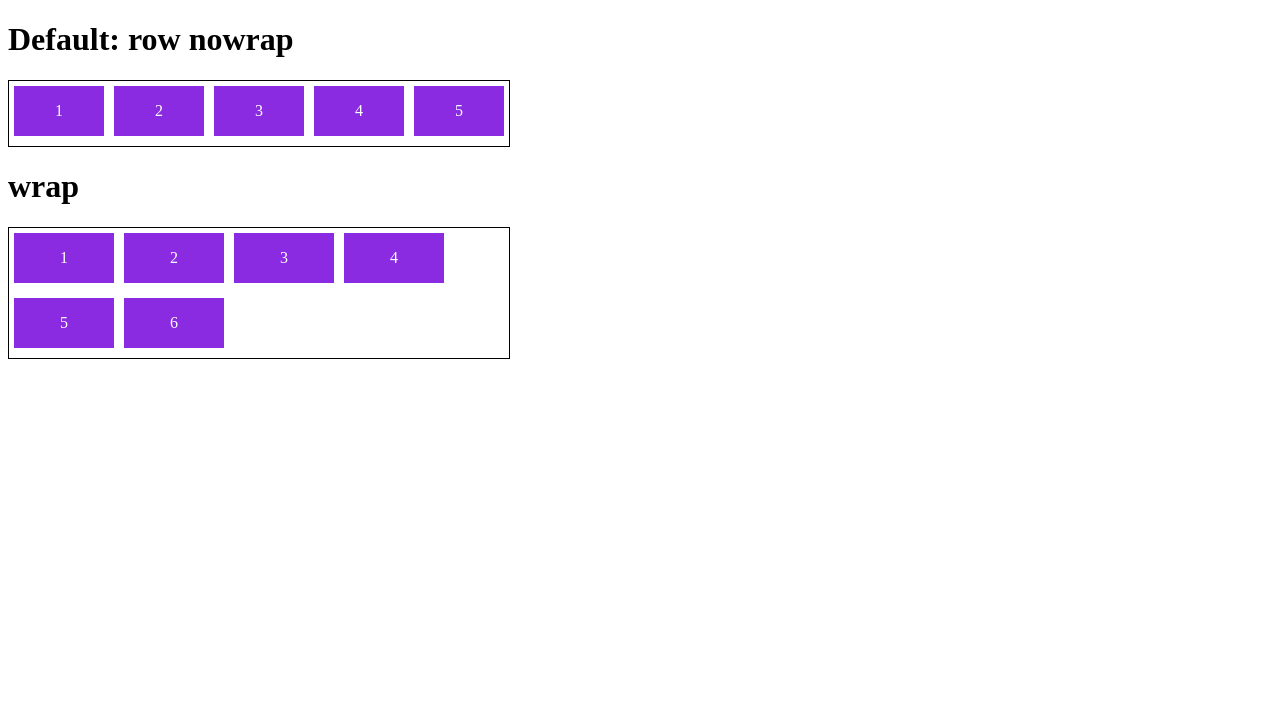
Repository: gabrielbino/projects-dio
Page: Flexbox/@flex-flow.html
These files come from the project's save history. The page is drawn as it stood at one moment and after the next save; the edit follows.
The browser window is 1280 px wide. The pictures show the whole page.

Above is the page before, as saved 2021-10-22 17:07:58.

After the next save:
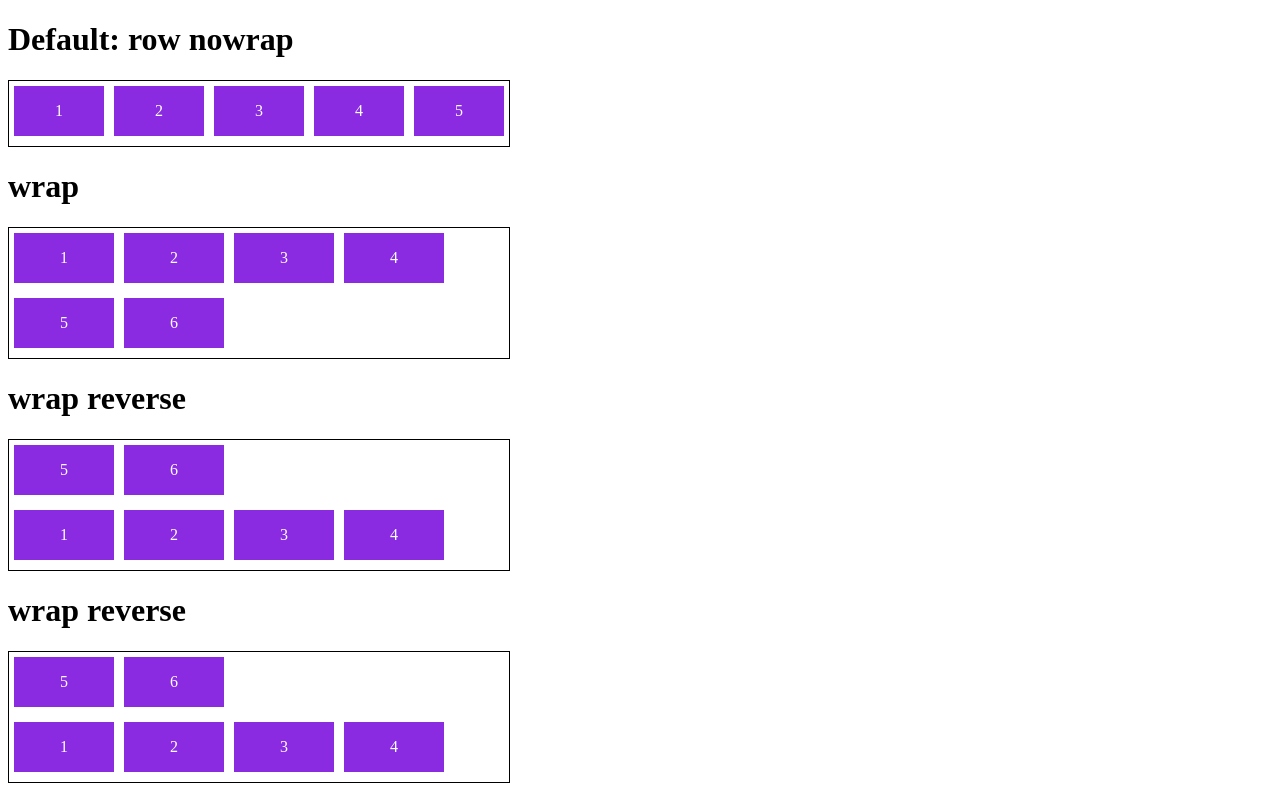
Saved 2 min 54 s later.
--- a/Flexbox/@flex-flow.html
+++ b/Flexbox/@flex-flow.html
@@ -22,6 +22,10 @@
 
       .wrapReverse {
         flex-flow: row wrap-reverse;
+      }
+
+      .rNowWrap {
+        flex-flow: row-reverse nowrap;
       }
 
       .flexItem {
@@ -55,5 +59,24 @@
       <div class="flexItem">5</div>
       <div class="flexItem">6</div>
     </div>
+
+    <h1>wrap reverse</h1>
+    <div class="flexContainer wrapReverse">
+      <div class="flexItem">1</div>
+      <div class="flexItem">2</div>
+      <div class="flexItem">3</div>
+      <div class="flexItem">4</div>
+      <div class="flexItem">5</div>
+      <div class="flexItem">6</div>
+    </div>
+
+    <h1>wrap reverse</h1>
+    <div class="flexContainer wrapReverse">
+      <div class="flexItem">1</div>
+      <div class="flexItem">2</div>
+      <div class="flexItem">3</div>
+      <div class="flexItem">4</div>
+      <div class="flexItem">5</div>
+      <div class="flexItem">6</div>
   </body>
 </html>
